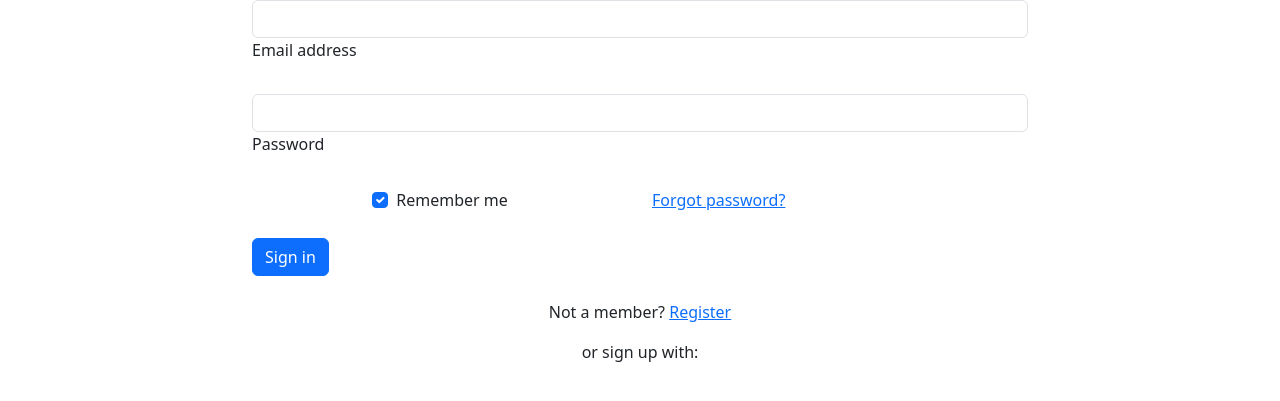
Repository: HieuNT-2001/JAVA-3---SOF203
Page: http://localhost/HocJava4/views/LoginForm.jsp
The author's editor kept a copy of each file at every save. The page is drawn from the files as they stood at one save, then again after the next save.
The browser window is 1280 px wide. The pictures show the whole page.
The page is served by Tomcat 10. Other server files are loaded and not shown.

Above is the page before, as saved 2024-09-28 03:17:29.

### HocJava4/src/main/webapp/views/LoginForm.jsp
<%@ page language="java" contentType="text/html; charset=UTF-8"
	pageEncoding="UTF-8"%>
<!doctype html>
<html lang="en">
<head>
<meta charset="utf-8">
<meta name="viewport" content="width=device-width, initial-scale=1">
<title>Bootstrap demo</title>
<link
	href="https://cdn.jsdelivr.net/npm/bootstrap@5.3.3/dist/css/bootstrap.min.css"
	rel="stylesheet"
	integrity="sha384-QWTKZyjpPEjISv5WaRU9OFeRpok6YctnYmDr5pNlyT2bRjXh0JMhjY6hW+ALEwIH"
	crossorigin="anonymous">
</head>
<body>
	<div class="container" style="width: 800px;">
		<form>
			<!-- Email input -->
			<div data-mdb-input-init class="form-outline mb-4">
				<input type="email" id="form2Example1" class="form-control" /> <label
					class="form-label" for="form2Example1">Email address</label>
			</div>

			<!-- Password input -->
			<div data-mdb-input-init class="form-outline mb-4">
				<input type="password" id="form2Example2" class="form-control" /> <label
					class="form-label" for="form2Example2">Password</label>
			</div>

			<!-- 2 column grid layout for inline styling -->
			<div class="row mb-4">
				<div class="col d-flex justify-content-center">
					<!-- Checkbox -->
					<div class="form-check">
						<input class="form-check-input" type="checkbox" value=""
							id="form2Example31" checked /> <label class="form-check-label"
							for="form2Example31"> Remember me </label>
					</div>
				</div>

				<div class="col">
					<!-- Simple link -->
					<a href="#!">Forgot password?</a>
				</div>
			</div>

			<!-- Submit button -->
			<button type="button" data-mdb-button-init data-mdb-ripple-init
				class="btn btn-primary btn-block mb-4">Sign in</button>

			<!-- Register buttons -->
			<div class="text-center">
				<p>
					Not a member? <a href="#!">Register</a>
				</p>
				<p>or sign up with:</p>
				<button type="button" data-mdb-button-init data-mdb-ripple-init
					class="btn btn-link btn-floating mx-1">
					<i class="fab fa-facebook-f"></i>
				</button>

				<button type="button" data-mdb-button-init data-mdb-ripple-init
					class="btn btn-link btn-floating mx-1">
					<i class="fab fa-google"></i>
				</button>

				<button type="button" data-mdb-button-init data-mdb-ripple-init
					class="btn btn-link btn-floating mx-1">
					<i class="fab fa-twitter"></i>
				</button>

				<button type="button" data-mdb-button-init data-mdb-ripple-init
					class="btn btn-link btn-floating mx-1">
					<i class="fab fa-github"></i>
				</button>
			</div>
		</form>
	</div>
	<script
		src="https://cdn.jsdelivr.net/npm/bootstrap@5.3.3/dist/js/bootstrap.bundle.min.js"
		integrity="sha384-YvpcrYf0tY3lHB60NNkmXc5s9fDVZLESaAA55NDzOxhy9GkcIdslK1eN7N6jIeHz"
		crossorigin="anonymous"></script>
</body>
</html>

After the next save:
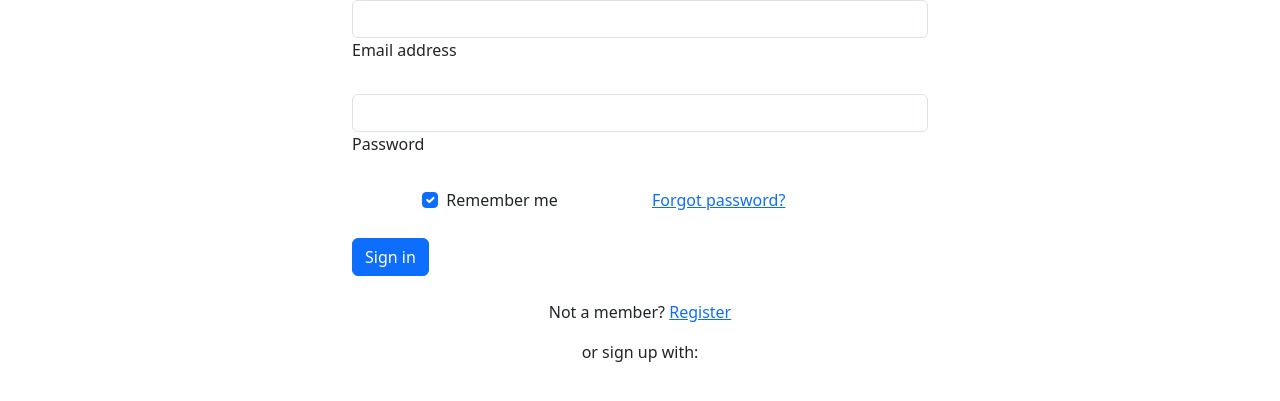
Saved 11 s later.
--- a/HocJava4/src/main/webapp/views/LoginForm.jsp
+++ b/HocJava4/src/main/webapp/views/LoginForm.jsp
@@ -13,7 +13,7 @@
 	crossorigin="anonymous">
 </head>
 <body>
-	<div class="container" style="width: 800px;">
+	<div class="container" style="width: 600px;">
 		<form>
 			<!-- Email input -->
 			<div data-mdb-input-init class="form-outline mb-4">
